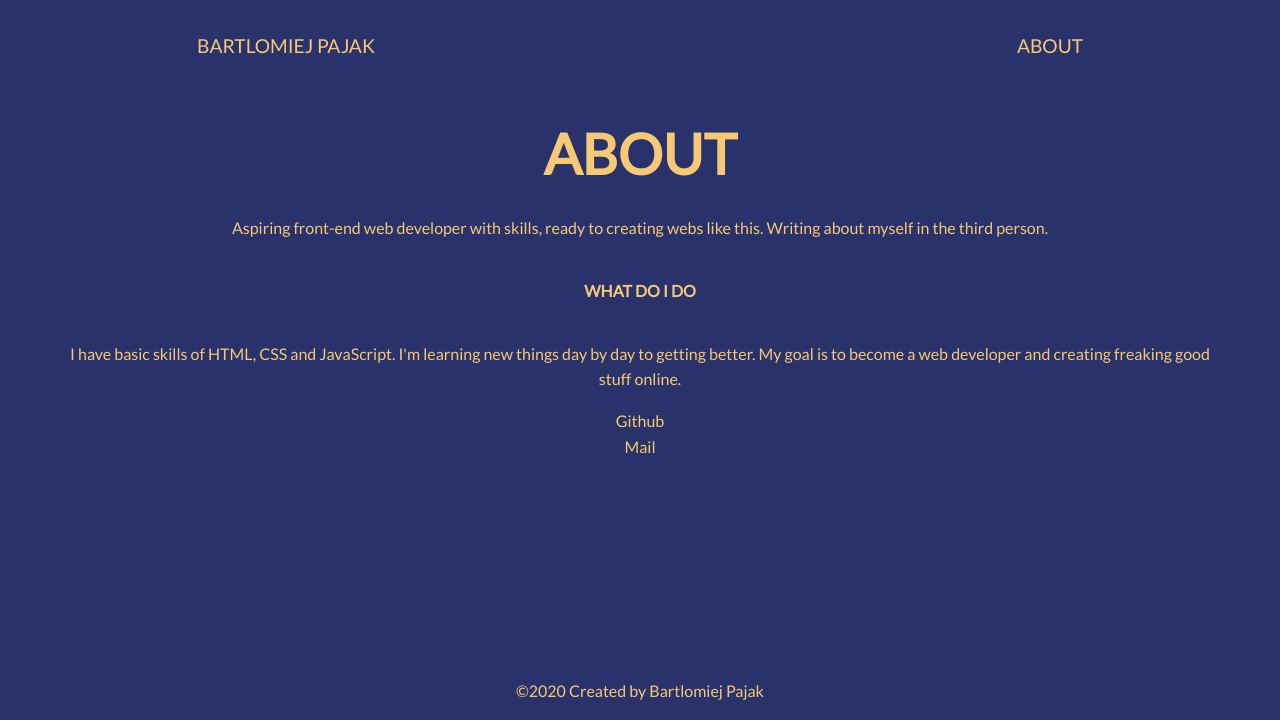
Repository: spidero7/personal-site
Page: about.html
An editor plug-in stored every save of this project. The page is shown before and after the next save, followed by the edit.
The browser window is 1280 px wide. The pictures show the whole page.

Above is the page before, as saved 2020-04-16 21:45:18.

After the next save:
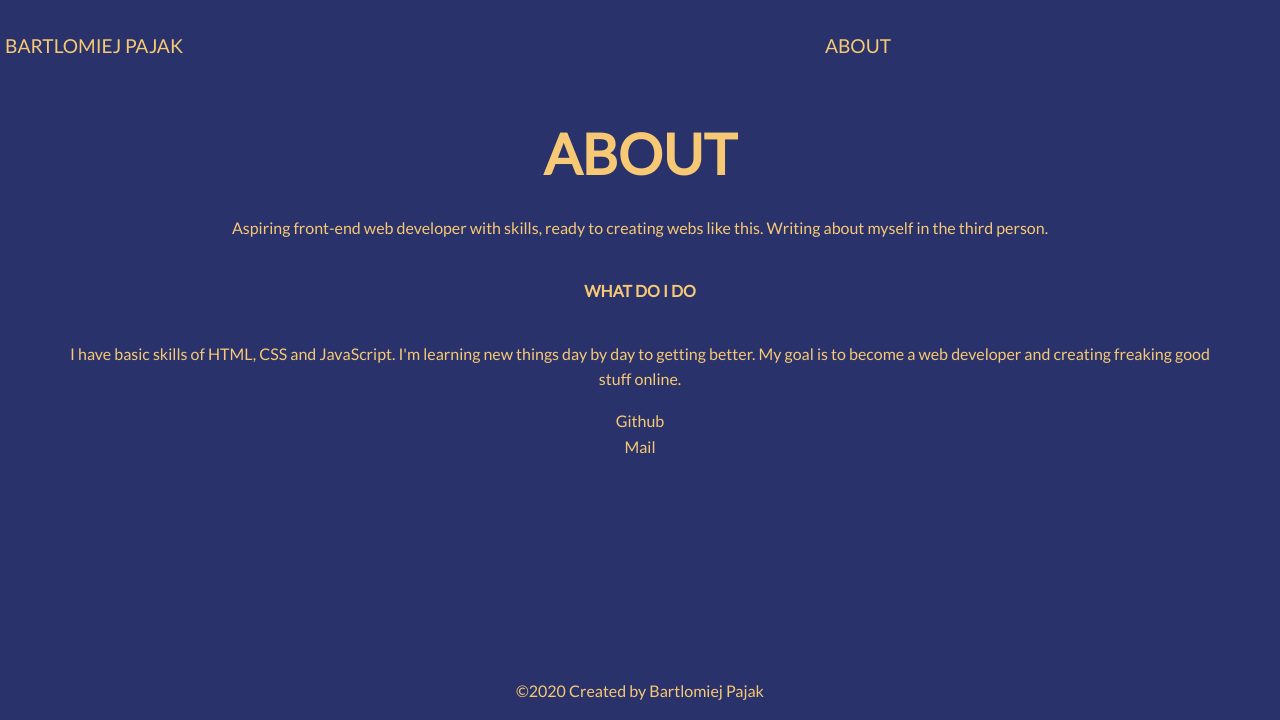
Saved 34 s later.
--- a/css/style.css
+++ b/css/style.css
@@ -101,7 +101,7 @@
     text-align: center;
 }
 
-
+.con
 /* =================================
   Media Queries
 ==================================== */

After the save that followed:
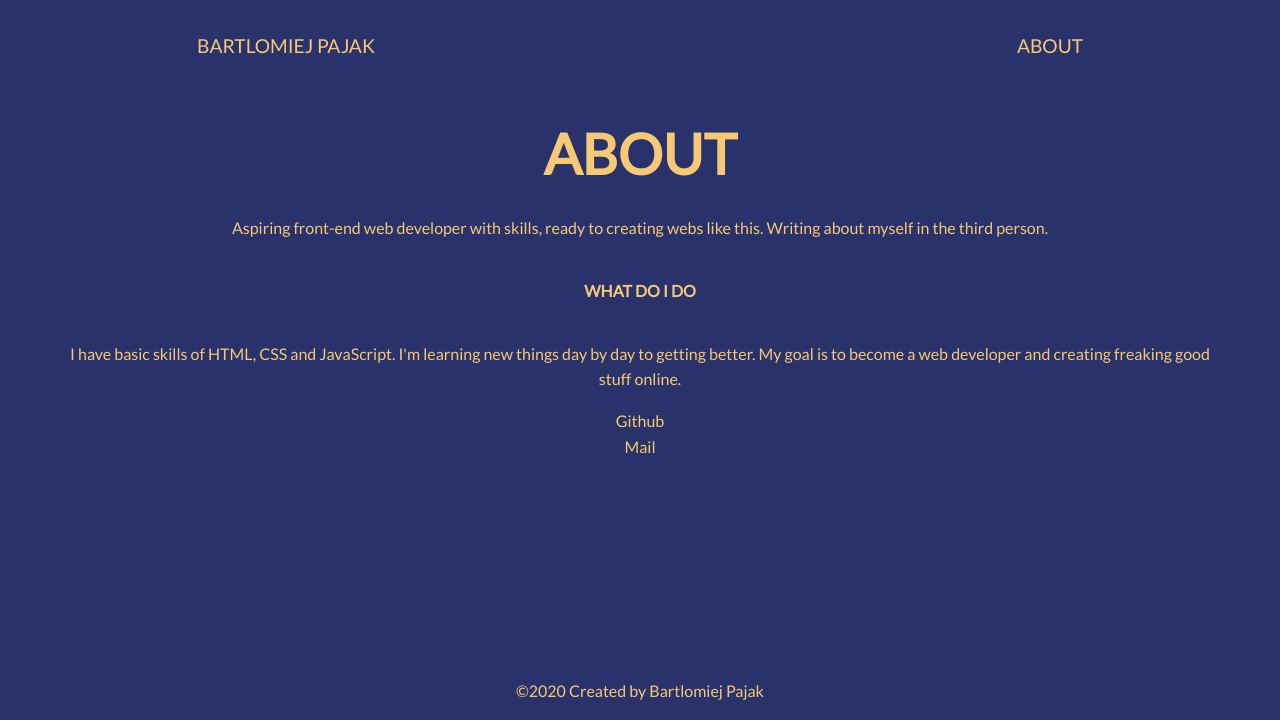
Saved 4 s later.
--- a/css/style.css
+++ b/css/style.css
@@ -101,7 +101,9 @@
     text-align: center;
 }
 
-.con
+.contact {
+
+}
 /* =================================
   Media Queries
 ==================================== */
